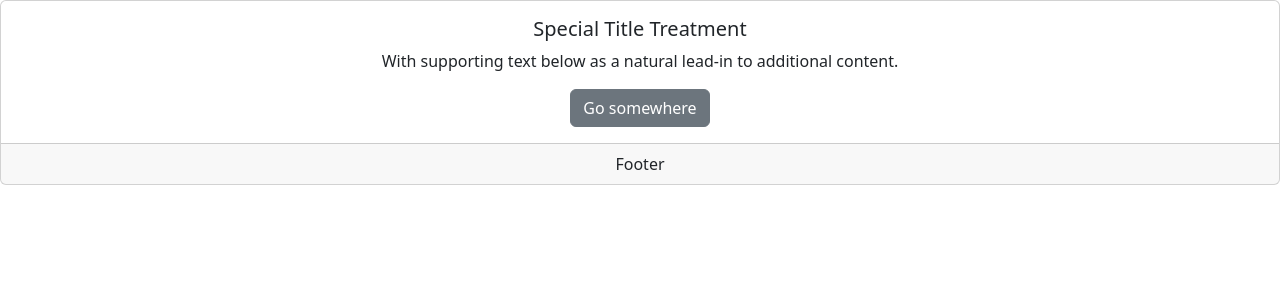
Repository: Rohit1995K/React-redux
Page: /
These files come from the project's save history. The page is drawn as it stood at one moment and after the next save; the edit follows.
The browser window is 1280 px wide. The pictures show the whole page.
The project was rebuilt for these pictures with package versions that can differ from the ones it lists, and the page was loaded fresh each time. Also part of the build but not shown: src/Components/CartItem.js, src/Containers/CartContainer.js, src/Components/Navbar.js.

Above is the page before, as saved 2022-10-23 20:51:38.

### src/App.js
import './App.css';
import 'bootstrap/dist/css/bootstrap.min.css';
import CartContainer from './Containers/CartContainer';
import Navbar from './Components/Navbar';
import Login from './Components/Login/Login';

function App() {
  return (
    <div className="App">
        <Login />
        {/* <CartContainer /> */}
    </div>
  );
}

export default App;

### src/Services/Reducers/index.js
import {combineReducers} from 'redux'
import cardItems from "./reducer";

export default combineReducers({
    cardItems
});

### src/Components/Login/Login.js
import React from "react";
import { Card,CardHeader,CardBody,CardTitle,CardText,Button,CardFooter } from "reactstrap";
// import Card from "reactstrap";
// import CardBody from "reactstrap";

const Login = () => {

    return (
<Card>
  {/* <CardHeader>
    Header
  </CardHeader> */}
  <CardBody>
    <CardTitle tag="h5">
      Special Title Treatment
    </CardTitle>
    <CardText>
      With supporting text below as a natural lead-in to additional content.
    </CardText>
    <Button>
      Go somewhere
    </Button>
  </CardBody>
  <CardFooter>
    Footer
  </CardFooter>
</Card>
    )
}

export default Login;

### src/Services/Reducers/reducer.js
// import { ADD_TO_CART, REMOVE_FROM_CART } from "../Constant";
import { createSlice } from "@reduxjs/toolkit";
import cardItems from "../../cartItems";

const initialState = {
    cardData : cardItems,
    amount:4,
    total:0,
    isLoader:true
}

const cartSlice = createSlice({
    name: 'cart',
    initialState,
    reducers: {
        clearCart: (state) => {
            state.cardData = []
        },
        removeItem: (state, action) => {
            const itemId = action.payload;
            state.cardData = state.cardData.filter((item) =>
            item.id !== itemId);
        },
        increase: (state, {payload}) => {
            const cardItem = state.cardData.find((item) => item.id === payload.id);
            cardItem.amount = cardItem.amount + 1;
        },
        decrease: (state, {payload}) => {
            const cardItem = state.cardData.find((item) => item.id === payload.id);
            cardItem.amount = cardItem.amount - 1;
        },
    }
})

export const { clearCart , removeItem} = cartSlice.actions;
export default cartSlice.reducer;

### src/cartItems.js
const cartItems = [
    {
        id:'1',
        title:'iphone',
        price:'4000',
        amount:1
    },
    {
        id:'2',
        title:'samsung',
        price:'3500',
        amount:1
    },
    {
        id:'3',
        title:'oneplus',
        price:'3000',
        amount:1
    },
    {
        id:'4',
        title:'Redmi',
        price:'2000',
        amount:1
    },
    {
        id:'5',
        title:'Oppo',
        price:'2500',
        amount:1
    }
]

export default cartItems;

Loaded but not shown: public/index.html (common file); src/index.js (common file); src/index.css (common file); src/reportWebVitals.js (common file); src/App.css (common file)

After the next save:
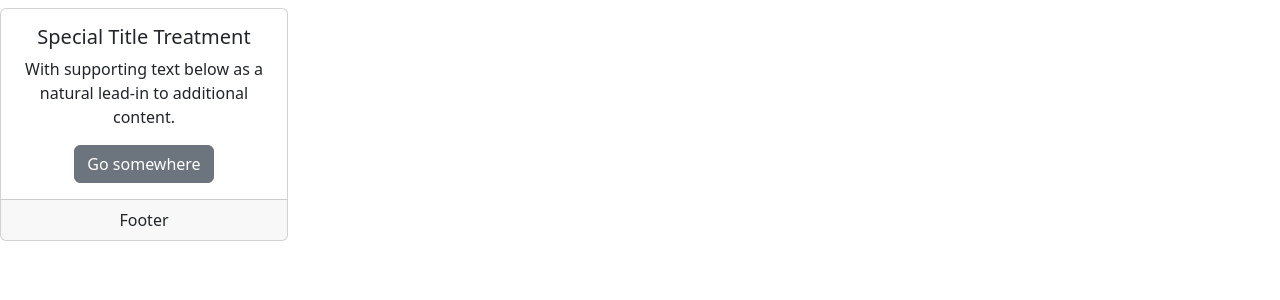
Saved 65 s later.
--- a/src/Components/Login/Login.js
+++ b/src/Components/Login/Login.js
@@ -6,7 +6,13 @@ import { Card,CardHeader,CardBody,CardTitle,CardText,Button,CardFooter } from "r
 const Login = () => {
 
     return (
-<Card>
+<Card
+  className="my-2"
+  style={{
+    width: '18rem'
+  }}
+
+>
   {/* <CardHeader>
     Header
   </CardHeader> */}
